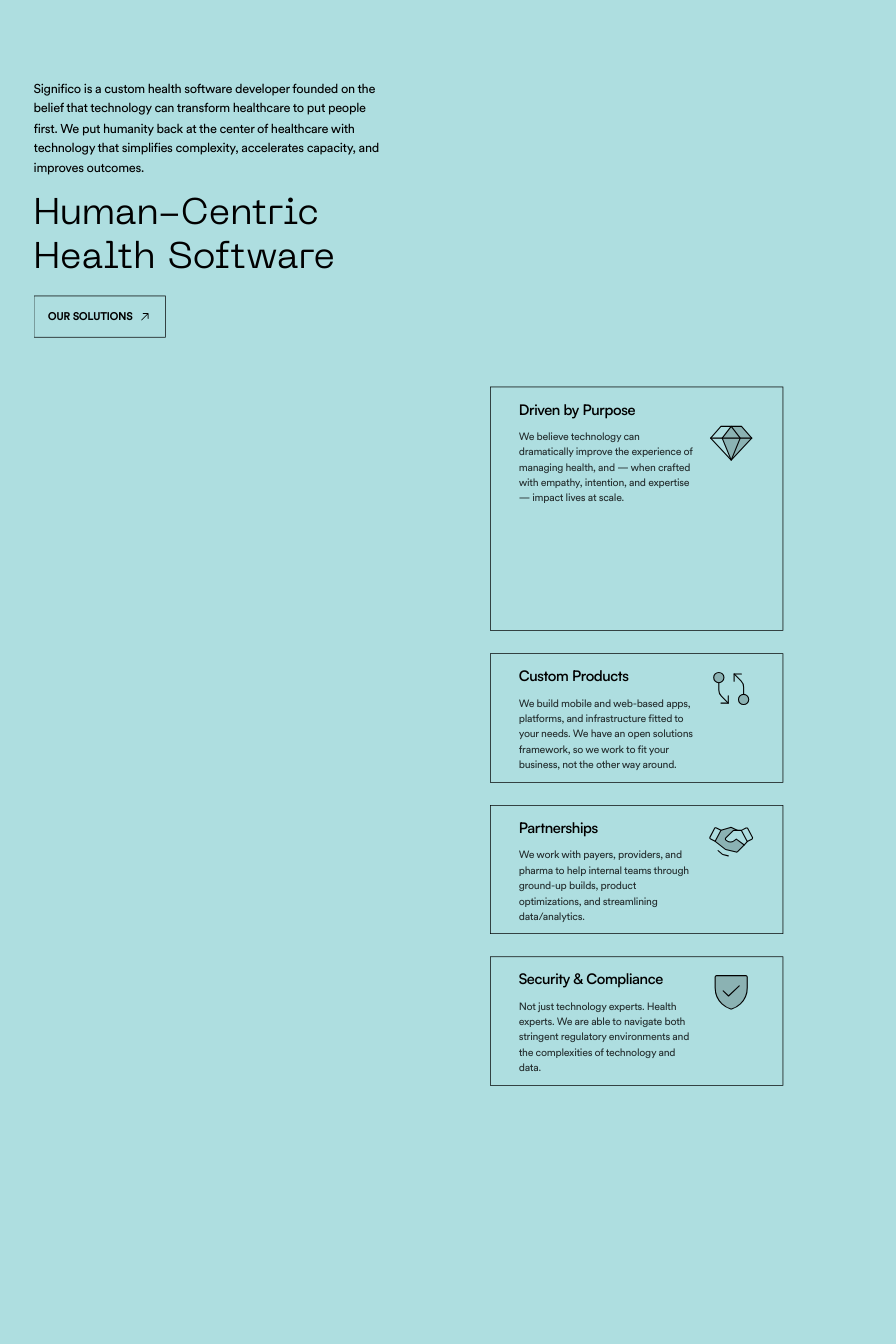
Repository: nikhilsinghrathore1/CAC_Ki_Majdoori
Page: /
These files come from the project's save history. The page is drawn as it stood at one moment and after the next save; the edit follows.
The browser window is 1280 px wide. The pictures show the part of the page from y = 816 to 2736 px (the page is 2736 px tall), at 70% of full size.
The project was rebuilt for these pictures with package versions that can differ from the ones it lists, and the page was loaded fresh each time. Also part of the build but not shown: vite.config.ts.

Above is the page before, as saved 2024-07-25 10:41:43.

After the next save:
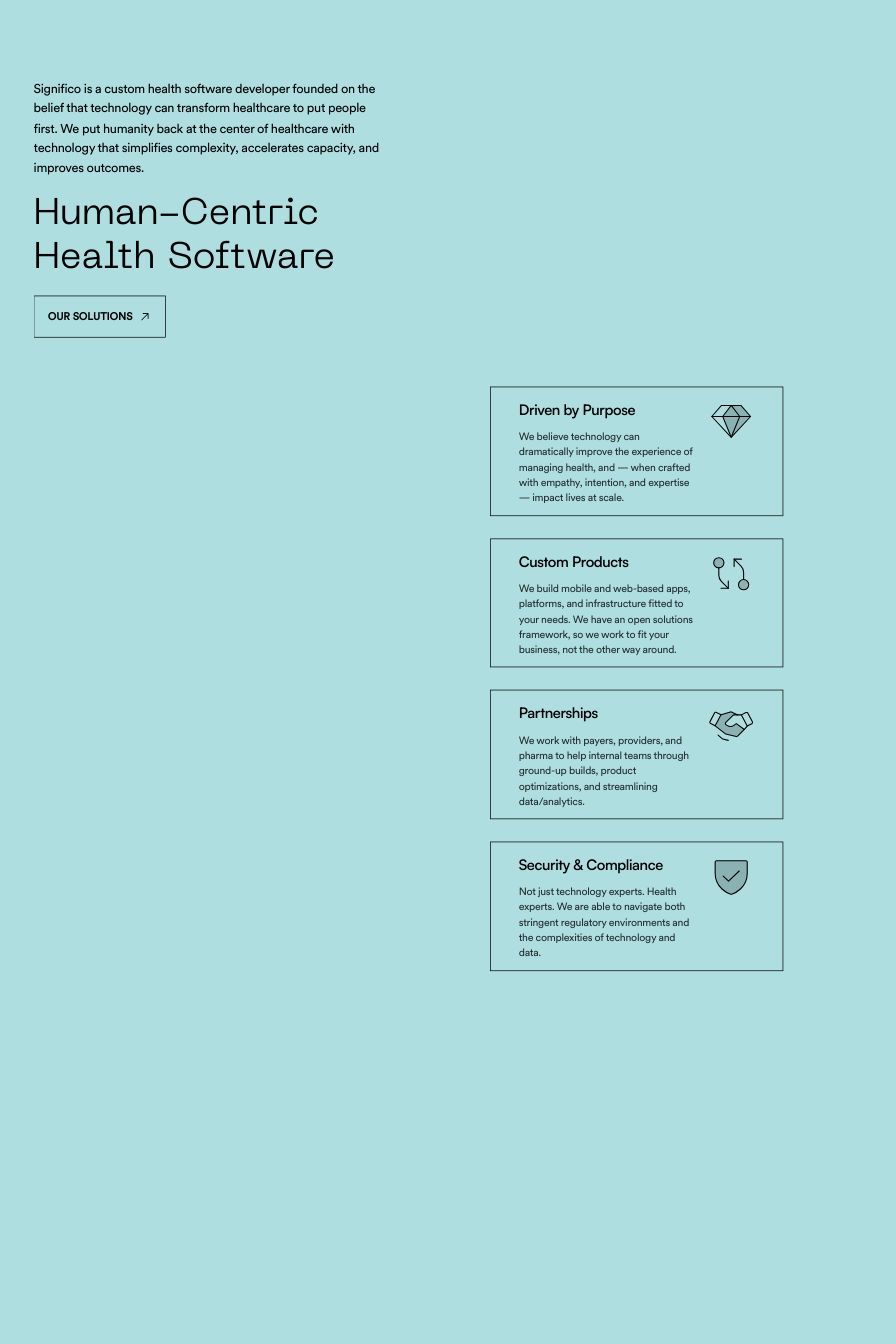
Saved 16 s later.
--- a/src/Pages/ThirdTest.tsx
+++ b/src/Pages/ThirdTest.tsx
@@ -16,7 +16,7 @@
                            </div>
                </div>
                <div className='w-[50%]   h-full pt-[90vh] pl-12'>
-                              <div className=' w-[77%] origin-center ml-3  transition-all  pt-4  flex justify-between gap-4 px-10 border border-black h-[25.5%]'>
+                              <div className=' w-[77%] origin-center ml-3  transition-all  pt-4  flex justify-between gap-4 px-10 border border-black h-[13.5%]'>
                                             <InsideAbout mainText={"Driven by Purpose"} para={"We believe technology can dramatically improve the experience of managing health, and — when crafted with empathy, intention, and expertise — impact lives at scale."} svg={<svg width="100%" height="38%" viewBox="0 0 64 64" fill="none" xmlns="http://www.w3.org/2000/svg">
 <path opacity="0.2" d="M45.9998 10H31.9998L19.7271 26L31.9998 56L59.9998 26L45.9998 10Z" fill="currentColor"></path>
 <path d="M18 10H46L60 26L32 56L4 26L18 10Z" stroke="currentColor" stroke-width="1.5" stroke-linecap="round" stroke-linejoin="round"></path>
